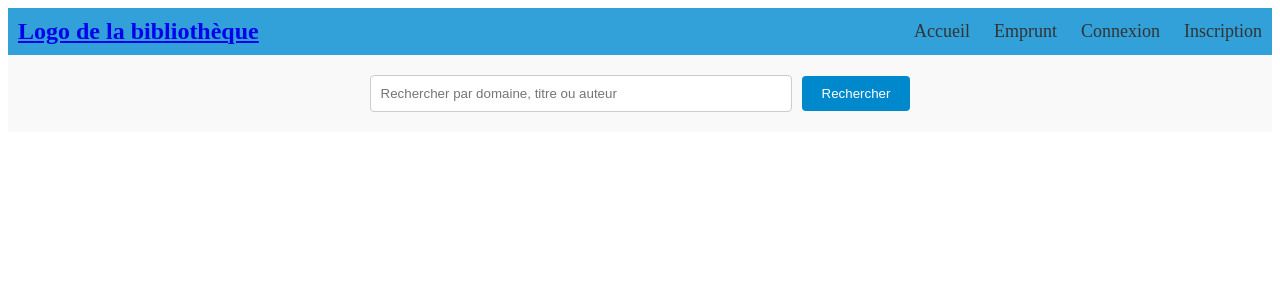
Repository: Eurin-lumen/space
Page: http://localhost/
The author's editor kept a copy of each file at every save. The page is drawn from the files as they stood at one save, then again after the next save.
The browser window is 1280 px wide. The pictures show the whole page.
The page is run by PHP 8.4 with error messages shown; the project is at /var/www/html/. Queries for data that is not in the repository find no rows.

Above is the page before, as saved 2023-07-23 20:06:06.

After the next save:
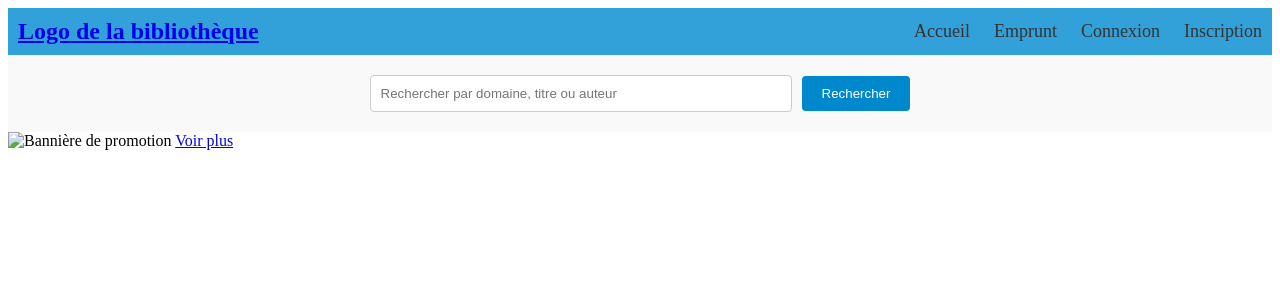
Not found: images/promotion.jpg
Saved 2 min 15 s later.
--- a/index.php
+++ b/index.php
@@ -24,6 +24,11 @@ $books = getAllBooks();
             <button type="submit">Rechercher</button>
         </form>
     </section>
+
+    <section class="promotion-banner">
+        <img src="images/promotion.jpg" alt="Bannière de promotion">
+        <a href="user/view_book.php?id=<?php echo $featured_book['id']; ?>" class="view-more-button">Voir plus</a>
+    </section>
     <main>
         <div class="book-list">
             <?php foreach ($books as $book) : ?>
